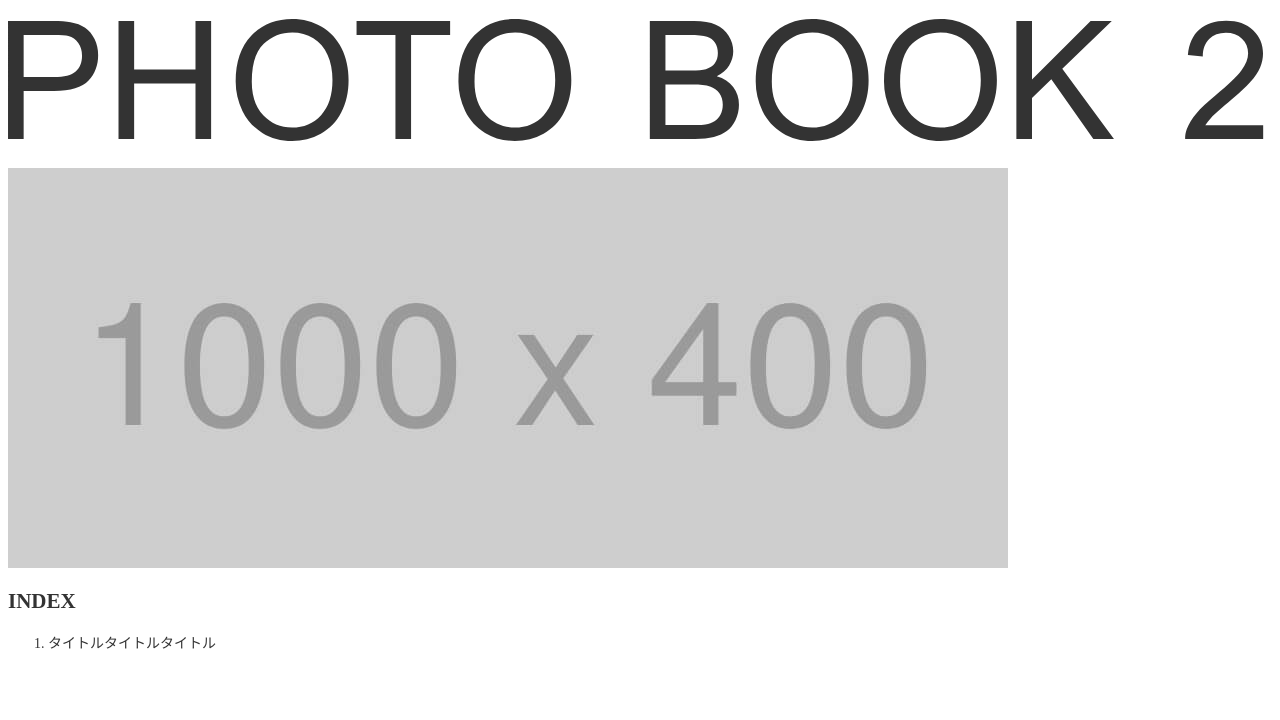
Repository: Fuki-san/photo-book-2
Page: http://localhost/photobook
These files come from the project's save history. The page is drawn as it stood at one moment and after the next save; the edit follows.
The browser window is 1280 px wide. The pictures show the whole page.
The page is served by the project's Laravel application, run on PHP 8.4 with Laravel 10.

Above is the page before, as saved 2023-11-29 19:44:39.

After the next save:
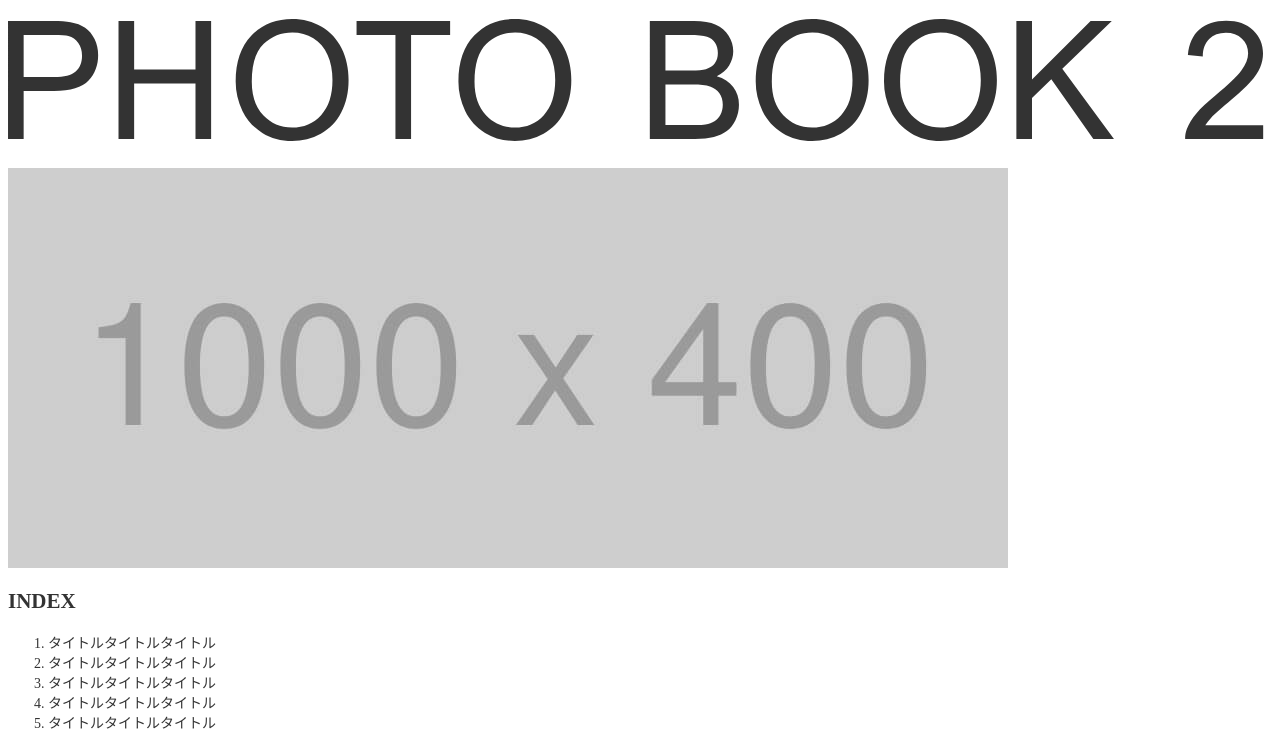
Saved 6 s later.
--- a/resources/views/photobook.blade.php
+++ b/resources/views/photobook.blade.php
@@ -19,6 +19,10 @@
                     <h2 class="sec-title">INDEX</h2>
                     <ol class="index-list">
                         <li>タイトルタイトルタイトル</li>
+                        <li>タイトルタイトルタイトル</li>
+                        <li>タイトルタイトルタイトル</li>
+                        <li>タイトルタイトルタイトル</li>
+                        <li>タイトルタイトルタイトル</li>
                     </ol>
                 </div>
             </section>
